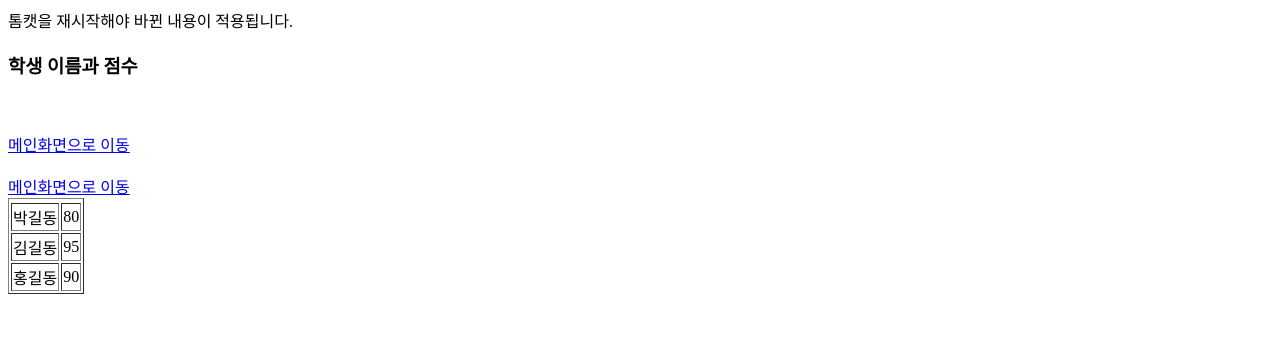
Repository: HeeJaeRA/Yedam
Page: http://localhost/helloWeb/LoginServlet
The author's editor kept a copy of each file at every save. The page is drawn from the files as they stood at one save, then again after the next save.
The browser window is 1280 px wide. The pictures show the whole page.
The page is served by Tomcat 9.

Above is the page before, as saved 2023-10-24 01:30:45.

### Dev/workspace/helloWeb/src/main/java/org/yedam/LoginServlet.java
package org.yedam;

import java.io.IOException;
import java.io.PrintWriter;
import java.util.HashMap;
import java.util.Map;
import java.util.Set;

import javax.servlet.ServletException;
import javax.servlet.annotation.WebServlet;
import javax.servlet.http.HttpServlet;
import javax.servlet.http.HttpServletRequest;
import javax.servlet.http.HttpServletResponse;

@WebServlet("/LoginServlet")
public class LoginServlet extends HttpServlet {
	private static final long serialVersionUID = 1L;

    public LoginServlet() {
        super();
    }

	protected void doGet(HttpServletRequest request, HttpServletResponse response) throws ServletException, IOException {
		//response.getWriter().append("Served at: ").append(request.getContextPath());
		Map<String, Integer> map = new HashMap<>();
		map.put("홍길동", 90);
		map.put("김길동", 95);
		map.put("박길동", 80);

		Set<String> keyset = map.keySet();

		response.setCharacterEncoding("UTF-8");
		response.setContentType("text/html charset=UTF-8");
		PrintWriter out = response.getWriter(); // 출력스트림

		out.print("톰캣을 재시작해야 바뀐 내용이 적용됩니다.");

		out.print("<br><h3>학생 이름과 점수</h3>");

		String str = "<table border = '1'><thead><tr>";
		str += "<br><br><a href = 'index.html'>메인화면으로 이동</a>";
		str += "<tbody>";
		for (String item : keyset) {
			str += "<tr><td>" + item + "</td><td>" + map.get(item) + "</td></tr>";
		}
		str += "</tbody>";
		out.print(str);

		out.print("<br><br><a href = 'index.html'>메인화면으로 이동</a>");
	}

	protected void doPost(HttpServletRequest request, HttpServletResponse response) throws ServletException, IOException {
		doGet(request, response);
	}

}

After the next save:
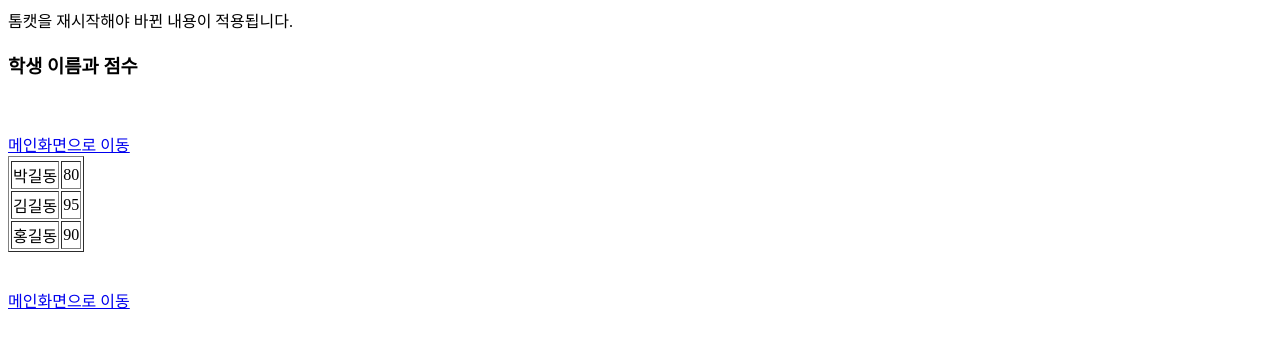
Saved 14 s later.
--- a/Dev/workspace/helloWeb/src/main/java/org/yedam/LoginServlet.java
+++ b/Dev/workspace/helloWeb/src/main/java/org/yedam/LoginServlet.java
@@ -43,7 +43,7 @@ public class LoginServlet extends HttpServlet {
 		for (String item : keyset) {
 			str += "<tr><td>" + item + "</td><td>" + map.get(item) + "</td></tr>";
 		}
-		str += "</tbody>";
+		str += "</tbody></table>";
 		out.print(str);
 
 		out.print("<br><br><a href = 'index.html'>메인화면으로 이동</a>");
